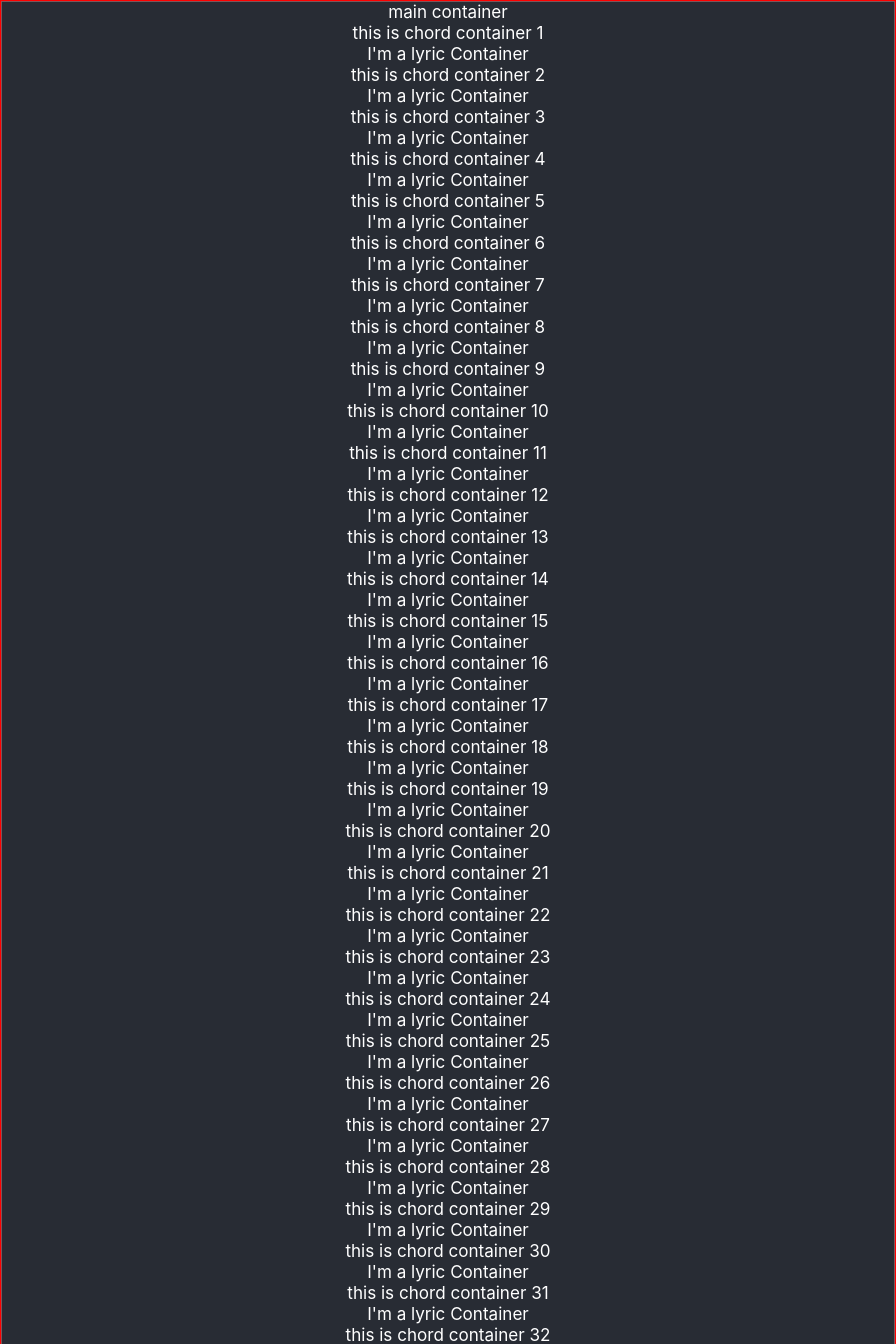
Repository: mattnoth/easy-nash-tab
Page: /
An editor plug-in stored every save of this project. The page is shown before and after the next save, followed by the edit.
The browser window is 1280 px wide. The pictures show the part of the page from y = 0 to 1920 px (the page is 2674 px tall before and 2874 px after), at 70% of full size.
The project was rebuilt for these pictures with package versions that can differ from the ones it lists, and the page was loaded fresh each time.

Above is the page before, as saved 2022-08-06 17:17:48.

After the next save:
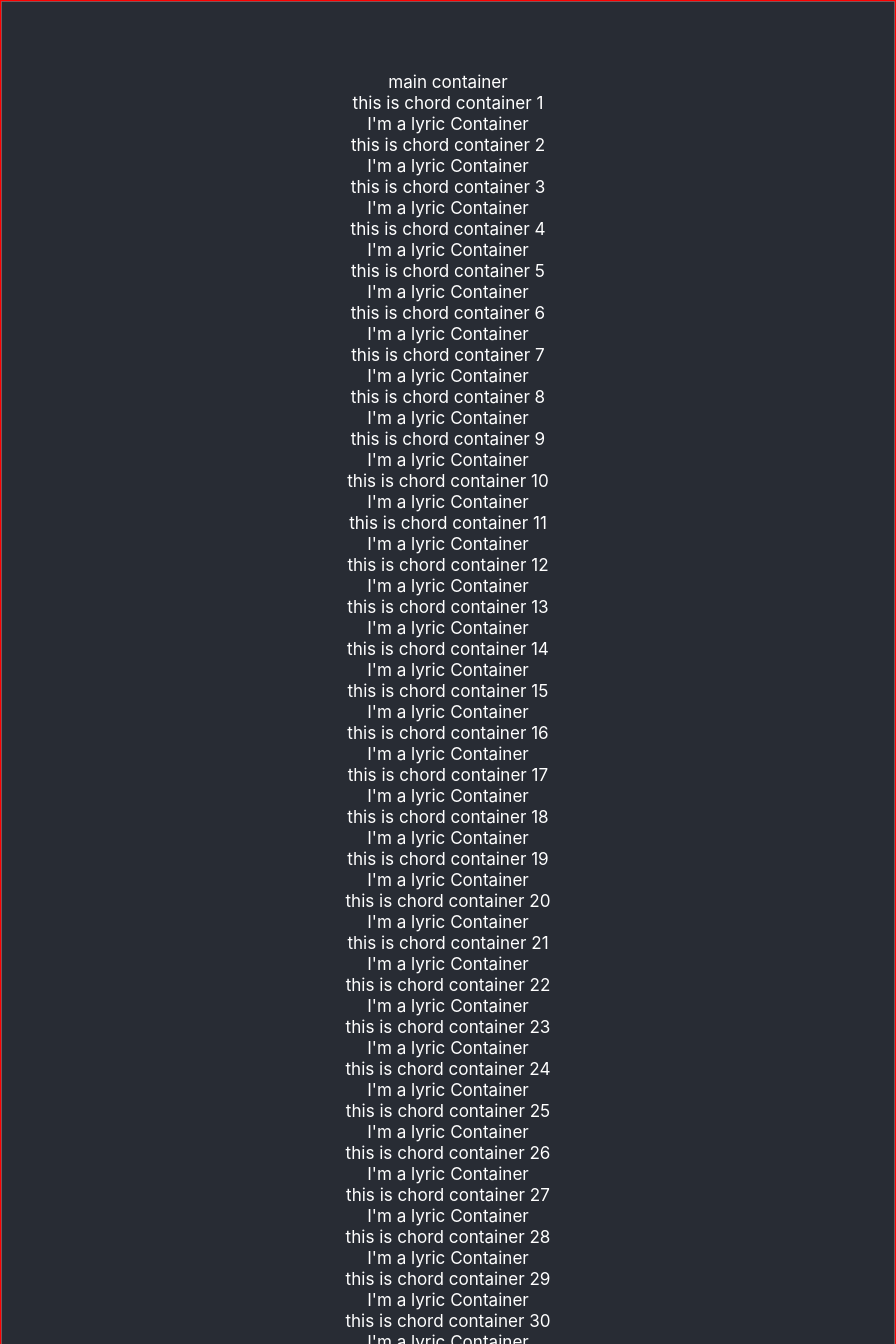
Saved 27 s later.
--- a/src/components/MainContainers/MainContainerLogic.js
+++ b/src/components/MainContainers/MainContainerLogic.js
@@ -2,6 +2,7 @@
 import React from 'react';
 import { bennieAndTheJets } from '../../data/BennieAndTheJets'
 import Main from '../MainContainers/Main.js'
+import 'mainContainerStyles.css'
 
 
 function MainContainerLogic(props) {
